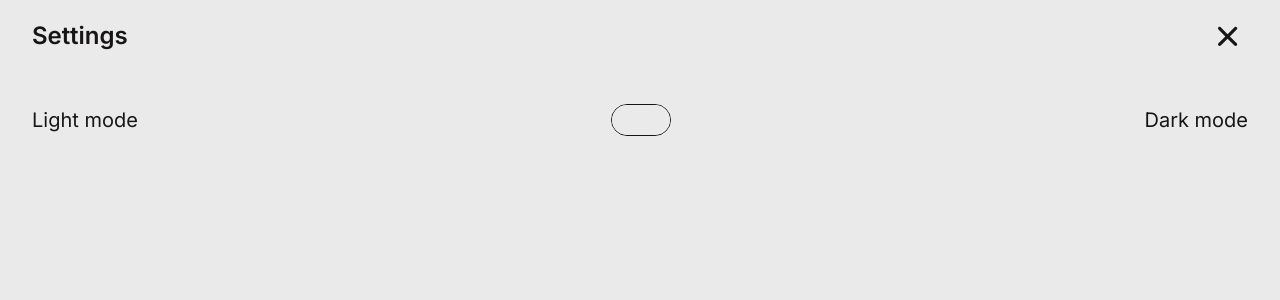
Repository: IdaHolmen/notes
Page: index.html
The author's editor kept a copy of each file at every save. The page is drawn from the files as they stood at one save, then again after the next save.
The browser window is 1280 px wide. The pictures show the whole page.
The first `input` is checked.

Above is the page before, as saved 2024-10-26 18:47:29.

After the next save:
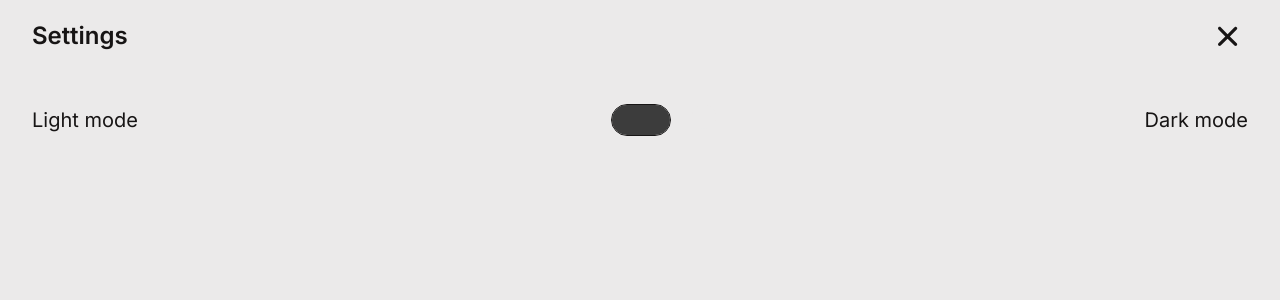
Saved 75 s later.
--- a/css/style.css
+++ b/css/style.css
@@ -152,7 +152,7 @@ body {
 }
 
 input:checked + .slider {
-    background-color: var(--primary-color);
+    background-color: var(--dark-card-color);
 }
 
 input:focus + .slider {
